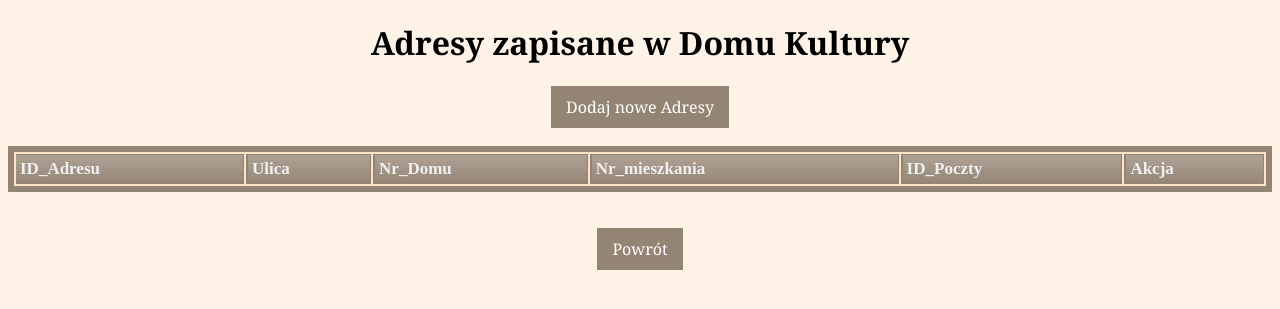
Repository: marcinRuta/houseOfCulture-crud-webapp-database
Page: http://localhost/adresy
An editor plug-in stored every save of this project. The page is shown before and after the next save, followed by the edit.
The browser window is 1280 px wide. The pictures show the whole page.
The page is this project's Thymeleaf template; nobody is signed in. The template is opened directly, without the code that normally fills it, so the values that code supplies are empty.

Above is the page before, as saved 2021-01-11 11:27:34.

### DomKultury/src/main/resources/templates/adresy.html
<!DOCTYPE html>
<html xmlns="http://www.w3.org/1999/xhtml"
	xmlns:th="http://www.thymeleaf.org">
<head>
<link rel="stylesheet" th:href="@{/css/tabele.css}" >
<meta charset="UTF-8">
<title>Aplikacja do obsługi Domu Kultury</title>
</head>
<body>

	<div align="center">
		<!--  Page header  -->
		<h1>Adresy zapisane w Domu Kultury</h1>

		<a href="/newA">Dodaj nowe Adresy</a>
		<br/>
		<br/>
		<!-- Table -->
		<table class="cinereousTable">

			<!-- Entry to a new page -->


			<!-- Table header -->
			<thead>
				<tr>
					<th>ID_Adresu</th>
					<th>Ulica</th>
					<th>Nr_Domu</th>
					<th>Nr_mieszkania</th>
					<th>ID_Poczty</th>
					<th>Akcja</th>
				</tr>
			</thead>

			<!-- Table body-->
			<tbody>
				<tr th:each="Adresy : ${listAdresy}">
					<td th:text="${Adresy.ID_Adresu}">ID_Adresu</td>
					<td th:text="${Adresy.Ulica}">Ulica</td>
					<td th:text="${Adresy.Nr_Domu}">Nr_Domu</td>
					<td th:text="${Adresy.Nr_mieszkania}">Nr_mieszkania</td>
					<td th:text="${Adresy.ID_Poczty}">ID_Poczty</td>

					<td><a th:href="@{'/editA/' + ${Adresy.ID_Adresu}}">Edit</a>
						&nbsp;&nbsp;&nbsp;&nbsp;
						<a th:href="@{'/deleteA/' +${Adresy.ID_Adresu}}">Delete</a></td>
				</tr>
			</tbody>
		</table>
		<br/>
		<br/>
		<!-- EXIT -->
		<a href="/tables">Powrót</a>

	</div>
</body>
</html>

### DomKultury/src/main/resources/static/css/tabele.css

table.cinereousTable {
  border: 6px solid #948473;
  background-color: #FFE3C6;
  width: 100%;
  text-align: center;
}
table.cinereousTable td, table.cinereousTable th {
  border: 1px solid #948473;
  padding: 4px 4px;
}
table.cinereousTable tbody td {
  font-size: 13px;
}
table.cinereousTable thead {
  background: #948473;
  background: -moz-linear-gradient(top, #afa396 0%, #9e9081 66%, #948473 100%);
  background: -webkit-linear-gradient(top, #afa396 0%, #9e9081 66%, #948473 100%);
  background: linear-gradient(to bottom, #afa396 0%, #9e9081 66%, #948473 100%);
}
table.cinereousTable thead th {
  font-size: 17px;
  font-weight: bold;
  color: #F0F0F0;
  text-align: left;
  border-left: 2px solid #948473;
}
table.cinereousTable thead th:first-child {
  border-left: none;
}

table.cinereousTable tfoot td {
  font-size: 16px;
}

body {
  background-color: #FFF3E7;
}
h1 {
  color: black;
  font-family: Georgia, serif;
}
p {
  color: black;
}
a:link, a:visited {
  background-color: #948473;
  color: white;
  padding: 10px 15px;
  text-align: center;
  text-decoration: none;
  display: inline-block;
  font-family: Georgia, serif;
}

a:hover, a:active {
  background-color: 948473;
}
.button {
  background-color: #948473; /* Green */
  border: none;
  color: white;
  padding: 10px 14px;
  text-align: center;
  text-decoration: none;
  display: inline-block;
  font-size: 16px;
  font-family: Georgia, serif;
  transition-duration: 0.4s;
}

.button:hover {
 background-color: #3D362F ;
  border: none;
  color: white;
  padding: 10px 11px;
  text-align: center;
  text-decoration: none;
  display: inline-block;
  font-size: 16px;
  font-family: Georgia, serif;

}

After the next save:
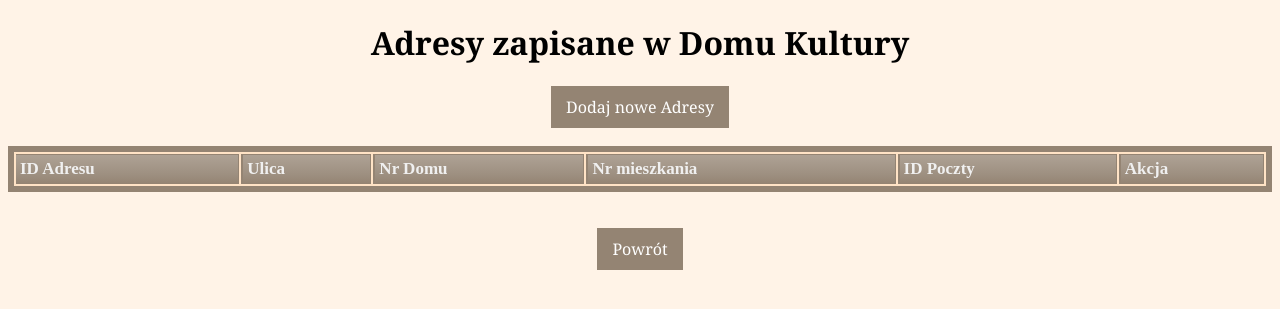
Saved 26 s later.
--- a/DomKultury/src/main/resources/templates/adresy.html
+++ b/DomKultury/src/main/resources/templates/adresy.html
@@ -24,11 +24,11 @@
 			<!-- Table header -->
 			<thead>
 				<tr>
-					<th>ID_Adresu</th>
+					<th>ID Adresu</th>
 					<th>Ulica</th>
-					<th>Nr_Domu</th>
-					<th>Nr_mieszkania</th>
-					<th>ID_Poczty</th>
+					<th>Nr Domu</th>
+					<th>Nr mieszkania</th>
+					<th>ID Poczty</th>
 					<th>Akcja</th>
 				</tr>
 			</thead>
